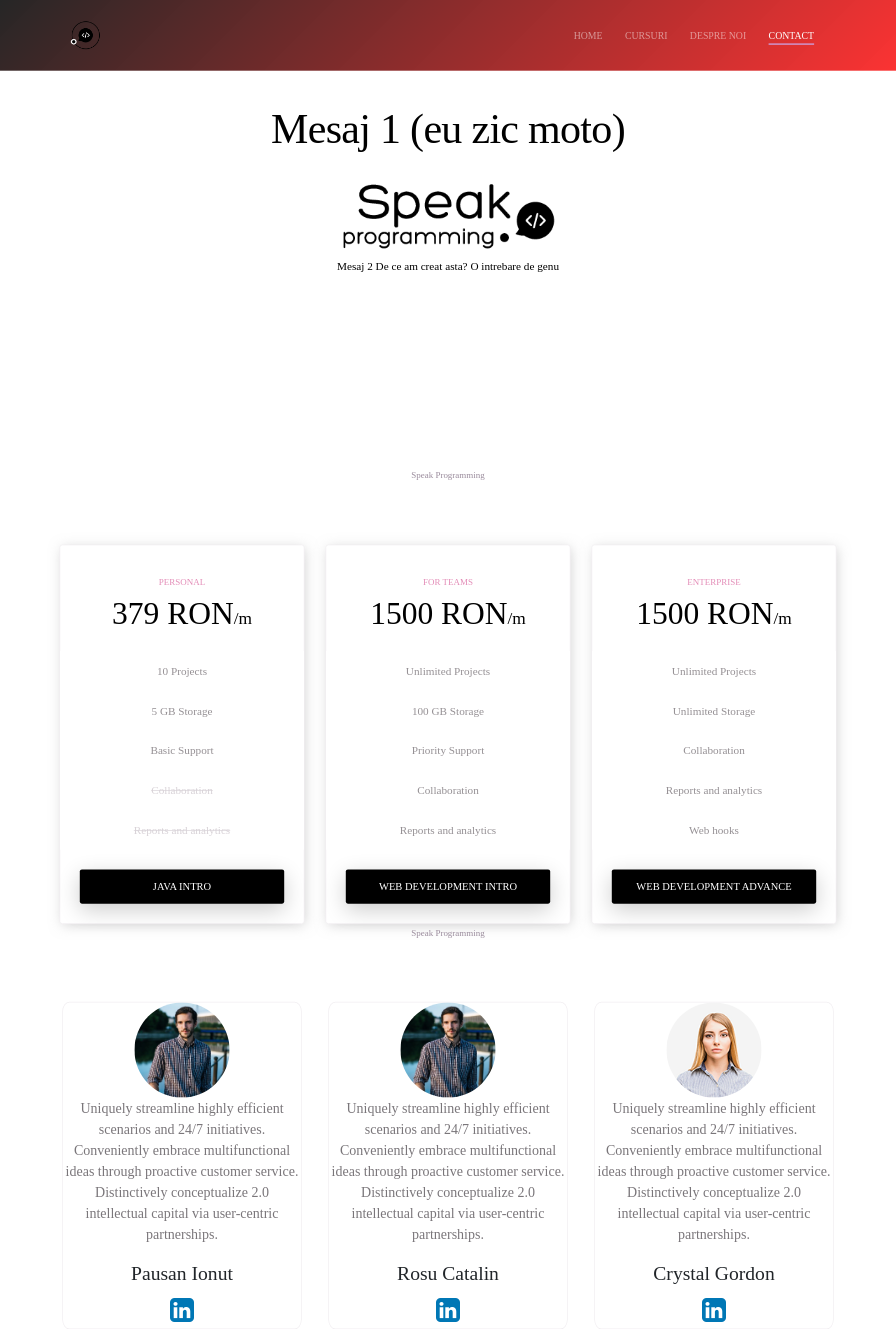
Repository: RosuCatalinDorin/ITSchool
Page: home-page/index.html
The author's editor kept a copy of each file at every save. The page is drawn from the files as they stood at one save, then again after the next save.
The browser window is 1280 px wide. The pictures show the part of the page from y = 0 to 1920 px (the page is 3488 px tall), at 70% of full size.
Some web libraries are served in a nearby version.

Above is the page before, as saved 2019-03-13 17:32:07.

### home-page/index.html
<!doctype html>
<html lang="en">


<head>
    <title>Speak Programming</title>
    <!-- Required meta tags -->
    <meta charset="utf-8">
    <meta name="viewport" content="width=device-width, initial-scale=1, shrink-to-fit=no">
    <meta name="description" content="Mobland - Mobile App Landing Page Template">
    <meta name="keywords" content="HTML5, bootstrap, mobile, app, landing, ios, android, responsive">
    <!-- Font -->

    <link rel="dns-prefetch" href="//fonts.googleapis.com">
     <!-- Bootstrap CSS -->
    <link rel="stylesheet" href="../css/bootstrap.min.css">
    <!-- Themify Icons -->
    <link rel="stylesheet" href="../css/themify-icons.css">
    <!-- Owl carousel -->
    <link rel="stylesheet" href="../css/owl.carousel.min.css">
    <link rel="stylesheet" href="../css/teamStyle.css">
    <link rel="stylesheet" href="../detaliiCurs/css/detalii-curs.css">
    <link rel="stylesheet" href="./home.css">



    <link rel="stylesheet" href="https://maxcdn.bootstrapcdn.com/font-awesome/4.5.0/css/font-awesome.min.css">

    <!-- Main css -->
    <link href="../css/style.css" rel="stylesheet">
    <link rel="shortcut icon" href="../images/partea_de_susLogo.png"/>
    <!-- jQuery and Bootstrap -->
    <script src="../js/jquery-3.2.1.min.js"></script>
    <script src="../js/bootstrap.bundle.min.js"></script>
    <!-- Plugins JS -->
    <script src="../js/owl.carousel.min.js"></script>
    <!-- Custom JS -->
    <script src="../js/script.js"></script>
    <script src="../js/fbLogin.js"></script>

</head>

<body data-spy="scroll" data-target="#navbar" data-offset="30">

    <!-- NAV BAR START-->
    <div class="nav-menu fixed-top">
        <div class="container">
            <div class="row">
                <div class="col-md-12">
                    <nav class="navbar navbar-dark navbar-expand-lg">
                        <a class="navbar-brand" href="index.html"><img src="../images/partea_de_susLogo.png" height="43" width="43" class="img-fluid" alt="logo"></a> <button class="navbar-toggler" type="button" data-toggle="collapse" data-target="#navbar" aria-controls="navbar" aria-expanded="false" aria-label="Toggle navigation"> <span class="navbar-toggler-icon"></span> </button>
                        <div class="collapse navbar-collapse" id="navbar">
                            <ul class="navbar-nav ml-auto">
                                <li class="nav-item"> <a class="nav-link active" href="#home">HOME <span class="sr-only">(current)</span></a> </li>
                                <li class="nav-item"> <a class="nav-link" href="#cursuri">CURSURI</a> </li>
                                <li class="nav-item"> <a class="nav-link" href="#aboutUS">DESPRE NOI</a> </li>
                                <li class="nav-item"> <a class="nav-link" href="#contact">CONTACT</a> </li>
                            </ul>
                        </div>
                    </nav>
                </div>
              </div>
         </div>
    </div>
<!-- NAV BAR END -->
    <!-- START HEADER -->
    <header  id="home">
        <div class="container mt-5">
            <h1 class="textClass"> Mesaj 1 (eu zic moto)</h1>
        </div>
        <div class="img-holder mt-3"><img src="../images/logo_partea_deJos.png" alt="phone" class="img-fluid">
            <p class="textClass">Mesaj 2 De ce am creat asta? O intrebare de genu</p>
        </div>
    </header>

    <!-- END HEADER -->

    <div class="section" id="cursuri">
        <div class="container">
            <div class="section-title">
                <small>Speak Programming</small>
                <h3>Cursuri</h3>
            </div>

            <div class="card-deck">
                <div class="card pricing">
                    <div class="card-head">
                        <small class="text-primary">PERSONAL</small>
                        <span class="price">379 RON<sub>/m</sub></span>
                    </div>
                    <ul class="list-group list-group-flush">
                        <div class="list-group-item">10 Projects</div>
                        <div class="list-group-item">5 GB Storage</div>
                        <div class="list-group-item">Basic Support</div>
                        <div class="list-group-item"><del>Collaboration</del></div>
                        <div class="list-group-item"><del>Reports and analytics</del></div>
                    </ul>
                    <div class="card-body">
                        <a href="screens/curs.html" class="btn btn-primary btn-lg btn-block">Java intro</a>
                    </div>
                </div>
                <div class="card pricing">
                    <div class="card-head">
                        <small class="text-primary">FOR TEAMS</small>
                        <span class="price">1500 RON<sub>/m</sub></span>
                    </div>
                    <ul class="list-group list-group-flush">
                        <div class="list-group-item">Unlimited Projects</div>
                        <div class="list-group-item">100 GB Storage</div>
                        <div class="list-group-item">Priority Support</div>
                        <div class="list-group-item">Collaboration</div>
                        <div class="list-group-item">Reports and analytics</div>
                    </ul>
                    <div class="card-body">
                        <a href="screens/curs.html" class="btn btn-primary btn-lg btn-block">Web development intro</a>
                    </div>
                </div>
                <div class="card pricing">
                    <div class="card-head">
                        <small class="text-primary">ENTERPRISE</small>
                        <span class="price">1500 RON<sub>/m</sub></span>
                    </div>
                    <ul class="list-group list-group-flush">
                        <div class="list-group-item">Unlimited Projects</div>
                        <div class="list-group-item">Unlimited Storage</div>
                        <div class="list-group-item">Collaboration</div>
                        <div class="list-group-item">Reports and analytics</div>
                        <div class="list-group-item">Web hooks</div>
                    </ul>
                    <div class="card-body">
                        <a href="screens/curs.html" class="btn btn-primary btn-lg btn-block">Web development advance</a>
                    </div>
                </div>
            </div>
            <!-- // end .pricing -->
        </div>

    </div>


        <div class="container   embed-responsive">
            <div class="section-title">
                <small>Speak Programming</small>
                <h3>Trainers</h3>
            </div>
            <div class="contentTem">
                <div class="divNewTeam testimonials-single">
                    <img src="../images/pozaIonutPausan.jpg" class="rounded-circle" alt="Cinque Terre" width="136" height="136">
                    <blockquote class="blockquote">Uniquely streamline highly efficient scenarios and 24/7 initiatives. Conveniently embrace multifunctional ideas through proactive customer service. Distinctively conceptualize 2.0 intellectual capital via user-centric partnerships.</blockquote>
                    <h5 class="mt-4 mb-2">Pausan Ionut</h5>
                    <a href="#" class="btn"> <i class="fa fa-linkedin-square" style="font-size:40px; color:#0077B5"></i>  </a>
                </div>
                <div class="divNewTeam testimonials-single">
                    <img src="../images/pozaIonutPausan.jpg" class="rounded-circle" alt="Cinque Terre" width="136" height="136">
                    <blockquote class="blockquote">Uniquely streamline highly efficient scenarios and 24/7 initiatives. Conveniently embrace multifunctional ideas through proactive customer service. Distinctively conceptualize 2.0 intellectual capital via user-centric partnerships.</blockquote>
                    <h5 class="mt-4 mb-2">Rosu Catalin</h5>
                    <a href="#" class="btn"><i class="fa fa-linkedin-square" style="font-size:40px; color:#0077B5"></i>  </a>
                </div>
                <div class="divNewTeam testimonials-single">
                    <img src="../images/client.png" class="rounded-circle" alt="Cinque Terre" width="136" height="136">
                    <blockquote class="blockquote">Uniquely streamline highly efficient scenarios and 24/7 initiatives. Conveniently embrace multifunctional ideas through proactive customer service. Distinctively conceptualize 2.0 intellectual capital via user-centric partnerships.</blockquote>
                    <h5 class="mt-4 mb-2">Crystal Gordon</h5>
                    <a href="#" class="btn"> <i class="fa fa-linkedin-square" style="font-size:40px; color:#0077B5"></i>  </a>
                </div>
            </div>
        </div>

    <div class="section bg-gradient" id ="aboutUS">
        <div class="container">
            <div class="call-to-action">

                <div class="box-icon"><span class="ti-mobile gradient-fill ti-3x"></span></div>
                <h2>Download Anywhere</h2>
                <p class="tagline">Available for all major mobile and desktop platforms. Rapidiously visualize optimal ROI rather than enterprise-wide methods of empowerment. </p>
                <div class="my-4">
                    <a href="#" class="btn btn-light"><img src="../images/appleicon.png" alt="icon"> App Store</a>
                    <a href="#" class="btn btn-light"><img src="../images/playicon.png" alt="icon"> Google play</a>
                </div>
                <p class="text-primary"><small><i>*Works on iOS 10.0.5+, Android Kitkat and above. </i></small></p>
            </div>
        </div>

    </div>
    <!-- // end .section -->

    <div class="light-bg py-5" id="contact">
        <div class="container">
            <div class="card bg-light">
                <article class="card-body mx-auto" style="max-width: 400px;">
                    <h4 class="card-title mt-3 text-center">Inscriete la curs </h4>
                    <p class="text-center">Completeaza campurile de mai jos </p>
                    <p class="divider-text">
                        <span class="bg-light">OR</span>
                    </p>
                    <form>
                        <div class="form-group input-group">
                            <div class="input-group-prepend">
                                <span class="input-group-text"> </span>
                            </div>
                            <input name="" class="form-control" placeholder="Nume complet" type="text">
                        </div> <!-- form-group// -->
                        <div class="form-group input-group">
                            <div class="input-group-prepend">
                                <span class="input-group-text"></span>
                            </div>
                            <input name="" class="form-control" placeholder="Adresa de e-mail" type="email">
                        </div> <!-- form-group// -->
                        <div class="form-group input-group">
                            <div class="input-group-prepend">
                                <span class="input-group-text">  </span>
                            </div>
                            <select class="custom-select" style="max-width: 120px;">
                                <option selected="">+40</option>
                                <option value="1">+972</option>
                                <option value="2">+198</option>
                                <option value="3">+701</option>
                            </select>
                            <input name="" class="form-control" placeholder="Numar de telefon" type="text">
                        </div> <!-- form-group// -->
                        <div class="form-group input-group">
                            <div class="input-group-prepend">
                                <span class="input-group-text"></span>
                            </div>
                            <select class="form-control">
                                <option selected=""> Selecteaza cursul</option>
                                <option>HTML5, CSS, JAVA-SCRIPT</option>
                                <option>MySQL,PHP</option>
                            </select>

                        </div> <!-- form-group end.// -->
                        <div class="form-group input-group">
                            <div class="input-group-prepend">
                                <span class="input-group-text">  </span>
                            </div>
                            <textarea  class="form-control"  rows="4" cols="50"></textarea>
                        </div> <!-- form-group// -->
                        <div class="form-group">
                            <button type="submit" class="btn btn-primary btn-block"> TestFAcebook  </button>
                        </div> <!-- form-group// -->
                    </form>
                </article>
            </div> <!-- card.// -->

        </div>

    </div>
    <!-- // end .section -->

    <!-- START FOOTER -->
    <footer class="footer">
            <div class="footer-container">
                <div class="footer-row">
                    <div class="social-media">
                        <h1>Contacteaza-ne pe:</h1>
                        <p class="social-media-paragraph">Speak programming:
                            <span>contact@speakprogramming.ro</span>
                        </p>
                        <p class="social-media-paragraph">Facebook:
                            <span>contact@speakprogramming.ro</span>
                        </p>
                        <div class="social-media-icons">

                        </div>
                        <p>Adresa</p>
                    </div>

                    <div class="contact-form">
                        <h1>Email us:</h1>
                        <label for="email">Email</label>
                        <input type="text" name="email" value="" class="form-control input-lg input-space" placeholder="Your Email"/>

                        <label for="mesaj">Scrie-ne un mesaj</label>
                        <textarea type="text" name="mesaj" value="" class="input-space form-control input-lg" placeholder="Mesaj..."/></textarea>
                        <button class="btn submit-button-footer">Submit</button>
                    </div>
                </div>


                <p class="copyright-message text-center"><small>COPYRIGHT © 2017. ALL RIGHTS RESERVED BY <a href="">SPEAK PROGRAMMING</a></small></p>
                <!-- <small class="copyright-message text-center footer-links">
                    <a href="#" class="m-2"></a>
                    <a href="#" class="m-2"></a>
                    <a href="#" class="m-2"></a>
                </small> -->
            </div>
        </footer>
</body>

</html>

### css/teamStyle.css
.divNewTeam{
    border: 1px solid #f1eef1;
    width: 30%;
    border-radius: 3%;
}
.contentTem{
    display: flex;
}
@media only screen and (max-width: 600px){
    .contentTem{
        display: block;
        margin-top: 50px;
    }
}

### detaliiCurs/css/detalii-curs.css
/* Header start */
.header-detalii-curs {
    background-image: url("../../images/headerbk.jpg");
    background-repeat: no-repeat;
    background-size: cover;
    padding-bottom:25px;
    margin-top: 40px;
    height: 400px;
    display: flex;
    flex-direction: column;
    justify-content: center;
}

.detalii-curs-titlu{
    font-size: 45px;
    margin-bottom: 30px;
}

.detalii-curs-motto{
    font-size: 25px;
    margin-bottom: 30px;
}

.enroll-header-btn{
    font-size: 15px;
}
.enroll-header-btn a {
    color: #FFF;
}

.enroll-header-btn:hover {
    background: #e5003c;
    cursor: pointer;
    border: 1px solid transparent;
    font-size: 16px;
}

.container-detalii-curs {
    text-align: center;
}

.detalii-curs-button-container{
    margin-bottom: 30px;
}
/* Header ends */

/* Info curs container start */
.curs-container {
    width: 100%;
    background: #f9f9f9;
    padding-bottom:40px;
}
.info-curs-container {
    width: 70%;
    margin: auto;
}

.info-title{
    padding-top: 55px;
    padding-bottom: 50px;
    height: auto;
}

.detalii-curs-motto {
    color: black;
}

.info-title h2{
    text-align: center;
}

    /* DETALII CURS -START */
.info-curs-detalii{
    display: flex;
    justify-content: space-between;
    margin-bottom: 30px;
}

.informatii-curs-sumar{
    width: 25%;
    -webkit-box-shadow: 2px 3px 18px -2px rgba(186,186,186,0.68);
    -moz-box-shadow: 2px 3px 18px -2px rgba(186,186,186,0.68);
    box-shadow: 2px 3px 18px -2px rgba(186,186,186,0.68);
    border-radius: 3%;
    background: #fff;
    border: 1px solid #f1eef1;
}

.informatii-curs-sumar h3 {
    text-align: center;
    color: black;
    padding:20px 0;
}

.informatii-curs-row{
    /* font size-font-style */
    display: flex;
}

.row-first-elem{
    font-weight: bold;
    width: 30%;
    padding-left: 10%;
}

.row-second-elem {
    width:60%;
    text-align: start;
    padding-left: 20%;
  }

.trainer-linkedin{
    display: flex;
    justify-content: space-between;
}
/* DETALII CURS -END */

/* DESCRIERE CURS START */
.descriere-curs{
    width: 60%;
}

.descriere-curs h4{
    font-weight: bold;
}

.descriere-cui-se-adreseaza{
    padding-bottom: 20px;
}

.descriere-cui-se-adreseaza h4{
    color: black;
    padding-bottom: 10px;
}

/* DESCRIERE CURS ENDS */

/* Info curs container ends */


/* PROGRAMA CURS START */

.programa-curs{
    margin: auto;
    width: 70%;
    justify-content: space-between;
    padding-bottom: 50px;
}

.detalii-programa {
    width: 100%;
    display: flex;
    justify-content: space-between;
}

.programa-curs-row{
    width: 25%;
    color: black;
    -webkit-box-shadow: 2px 3px 18px -2px rgba(186,186,186,0.68);
    -moz-box-shadow: 2px 3px 18px -2px rgba(186,186,186,0.68);
    box-shadow: 2px 3px 18px -2px rgba(186,186,186,0.68);
    border-radius: 3%;
    border: 1px solid #f1eef1;
}

.programa-curs-header {
    padding-top: 20px;
    display: flex;
    color:black;
    width:80%;
    margin: auto;
    justify-content: center;
}

.programa-curs-header h4{
    padding: 20px 0;
    font-weight: bold;
    color: black;
}

.programa-curs-header i {
    padding:25px 0 0 15px;
}


.lista-programa-curs{
    width: 90%;
    margin: auto;
    padding-bottom: 10px;
}

.lista-programa-curs li {
    padding-top: 10px;
    padding-bottom: 10px;
}

.web-basics{
    display: flex;
}

.web-basics li {
    width: 50%;
}

.web-basics div{
    padding-top: 10px;
}


/* PROGRAMA CURS ENDS */

/* DESCRIERE TRAINER START */
.trainer-section{
    position: relative;
    background:black;
    width: 100%;
    border-bottom: 2px solid lightgray;
    padding-bottom: 70px;
}

.descriere-trainer {
    width:70%;
    margin: auto;
    color: white;
}

.descriere-trainer h2,h3,h4{
    color:white;
}

.info-title span{
    color: #e5003c
}

.trainer-row {
    margin-top: 40px;
    display: flex;
    justify-content: space-between;
}

.trainer-profile{
    width:30%;
}

.trainer-delimitator {
    height: 1px;
    width: 100%;
    background: #959094;
    position: absolute;
    top:57%;
    left: 0;
    z-index:33;
    margin:auto;
}

.trainer-description{
    width: 60%;
}

.trainer-description p{
    color: #959094
}

.trainer-image-container{
    width: 34%;
    margin: auto;
    margin-bottom: 20px;
}

.trainer-image {
    border-radius:50%;
    margin:auto;
    width: 136px;
    height: 136px;
}

.trainer-name{
    width:50%;
    margin: auto;
    margin-bottom: 20px;
}

.trainer-name h3{
    text-align: center;
}

.trainer-description h4,p{
    padding-bottom: 10px;
}

.trainer-short-description span{
    padding-right: 5%;
}

.marketing-section-part1{
    height: 50%;
}

.marketing-section-part1 h1{
    font-size: 50px;
    text-align: center;
    padding: 15% 0 20px 0;
}

.marketing-section-part1 h3{
    color: black;
    text-align: center;
    padding: 40px 0 20px 0;
}

.img-container{
    display: flex;
    justify-content: space-around;
    padding-top: 15%;
}

.marketing-image-container {
    width: 25%;
}

.marketing-image-container img {
    width: 90%;
    height: 90%;
}

/* DESCRIERE TRAINER ENDS */

/* INSCRIERE CURS START */

.inscriere-curs-section {
    padding-bottom: 50px;
}

.inscriere-curs-container{
    display: flex;
    width: 70%;
    margin: auto;
}

.inscriere-marketing-section{
    background-image: url("../../images/bau.jpg");
    background-size: cover;
    width:49%;
    background-color: lightgrey;
    height:auto;
    display: flex;
    flex-direction: column;
}

.inscriere-form-container{
    width:49%;
}

.formular-inscriere{
    width: 90%;
    margin:0 auto;
}

.input-space{
    margin-bottom: 20px;
}

.termeni-conditii{
    display: flex;
    margin-bottom: 20px;
}

.checkbox{
    width: 2%;
    margin-top: 5px;
    margin-right:10px;
}

form label{
    font-weight:bold;
}

.enroll-btn {
    background-color: black!important;
    font-size: 20px;
}

.enroll-btn:hover {
    cursor: pointer;
    background-color: #e5003c!important;
}
/* INSCRIERE CURS END */

/* FOOTER START */

.footer {
    padding-top: 40px;
    background-color: black;
}

.footer-container {
    width: 70%;
    margin: auto;
    color: white;
}

.footer-row {
    display: flex;
    justify-content: space-between;
}

.social-media, .contact-form {
    width: 45%;
    padding: 0 15px;
}


.copyright-message {
    width: 100%;
    margin: auto;
}
.copyright-message a{
    color: #e5003c;
}

.social-media-paragraph{
    text-align: left;
    color: white;
}

.social-media-paragraph span{
    color: #959094;
}

.submit-button-footer {
    height: 45px;
    color: white;
    font-size: 17px!important;
    width: 50%;
    background-color: #e5003c!important;
    float: right;
    box-shadow: 0px 9px 32px 0px rgba(0, 0, 0, 0.2);
    text-transform: uppercase;
}

.submit-button-footer:hover {
    cursor: pointer;
    background-color: #be0b23e5!important;
    transition: all 0.3s ease;
}

.footer-links {
    margin: auto;
}

/* FOOTER END */

### home-page/home.css
.card{
    -webkit-box-shadow: 2px 3px 18px -2px rgba(186,186,186,0.68);
    -moz-box-shadow: 2px 3px 18px -2px rgba(186,186,186,0.68);
    box-shadow: 2px 3px 18px -2px rgba(186,186,186,0.68);
}

Loaded but not shown: css/bootstrap.min.css (library); css/themify-icons.css (common file); css/owl.carousel.min.css (library); js/jquery-3.2.1.min.js (library); js/bootstrap.bundle.min.js (library); js/owl.carousel.min.js (library); js/script.js (112 lines, source omitted); js/fbLogin.js (68 lines, source omitted); css/style.css (702 lines, source omitted)

After the next save:
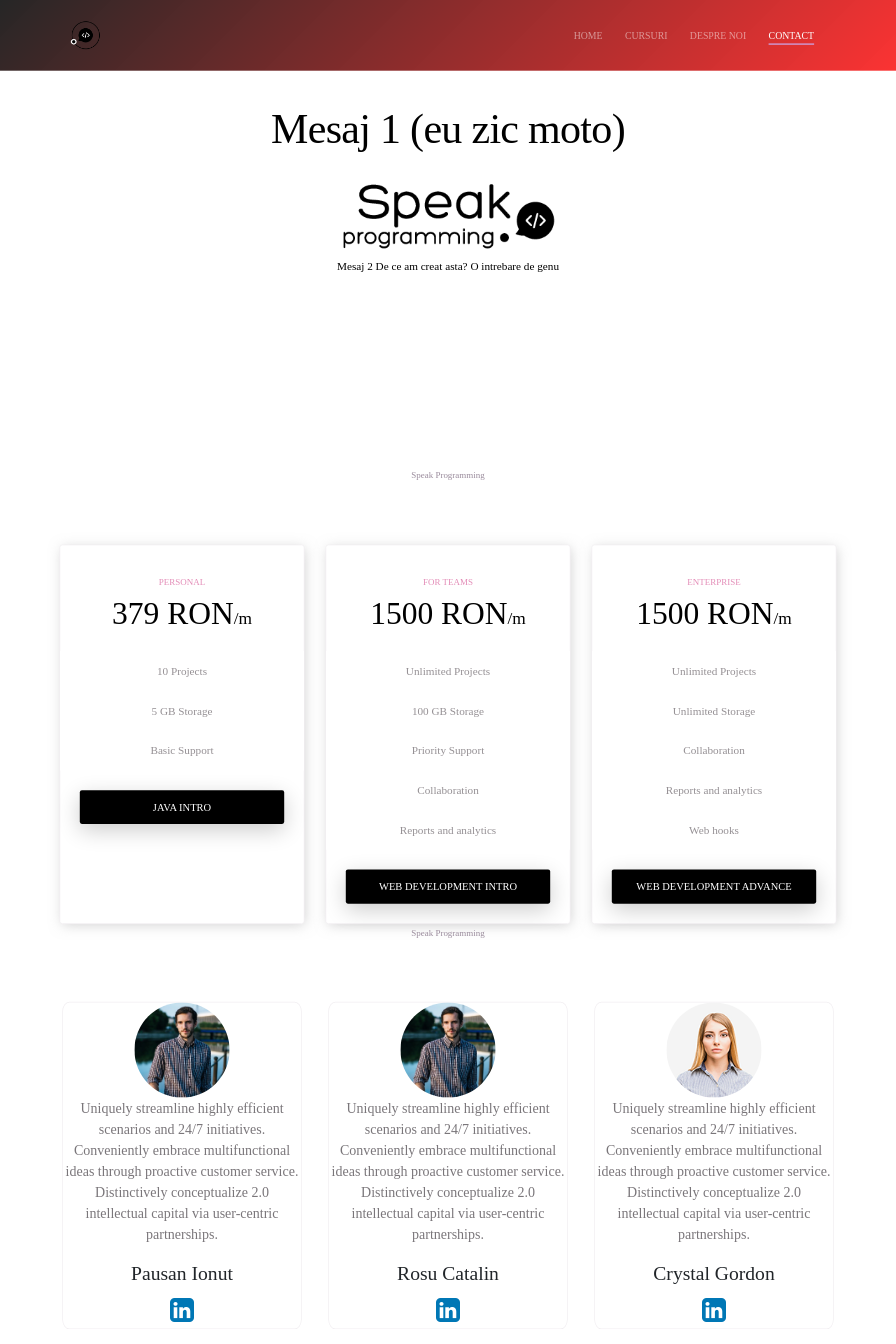
Saved 31 s later.
--- a/home-page/index.html
+++ b/home-page/index.html
@@ -92,8 +92,8 @@
                         <div class="list-group-item">10 Projects</div>
                         <div class="list-group-item">5 GB Storage</div>
                         <div class="list-group-item">Basic Support</div>
-                        <div class="list-group-item"><del>Collaboration</del></div>
-                        <div class="list-group-item"><del>Reports and analytics</del></div>
+                        <!-- <div class="list-group-item"><del>Collaboration</del></div>
+                        <div class="list-group-item"><del>Reports and analytics</del></div> -->
                     </ul>
                     <div class="card-body">
                         <a href="screens/curs.html" class="btn btn-primary btn-lg btn-block">Java intro</a>
